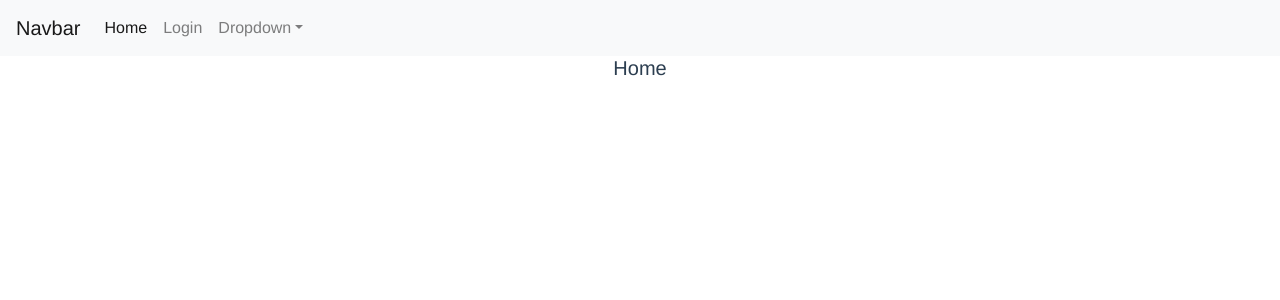
Repository: randrin/Firebase-Auth-Vue
Page: /
An editor plug-in stored every save of this project. The page is shown before and after a run of saves, followed by the edit.
The browser window is 1280 px wide. The pictures show the whole page.
The project was rebuilt for these pictures with package versions that can differ from the ones it lists, and the page was loaded fresh each time. Also part of the build but not shown: src/components/Profile.vue. Imported but missing from the stored project, and not drawn on this page: src/components/Login.

Above is the page before, as saved 2020-08-07 10:20:56.

After the next 3 saves:
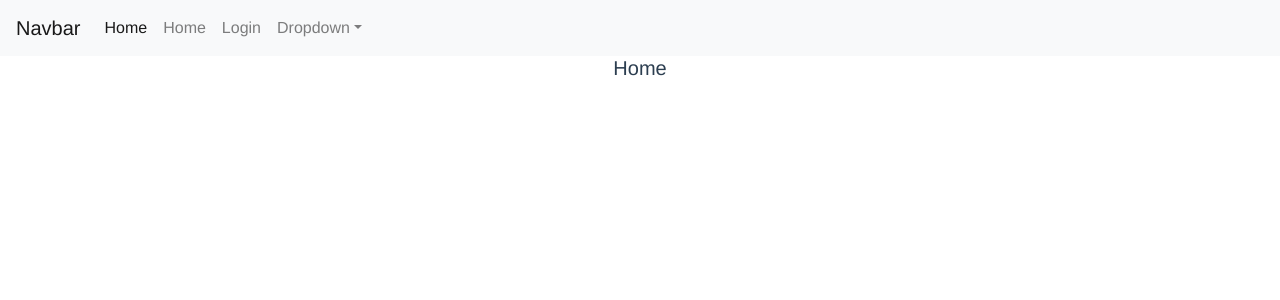
The 3 saves are shown as one change because they came seconds apart.
The last was saved 21 s later.
--- a/src/components/NavBar.vue
+++ b/src/components/NavBar.vue
@@ -20,6 +20,9 @@
             Home
             <span class="sr-only">(current)</span>
           </a>
+        </li>
+        <li class="nav-item">
+          <router-link :to="{name: 'Login'}" class="nav-link">Home</router-link>
         </li>
         <li class="nav-item">
           <router-link :to="{name: 'Login'}" class="nav-link">Login</router-link>
